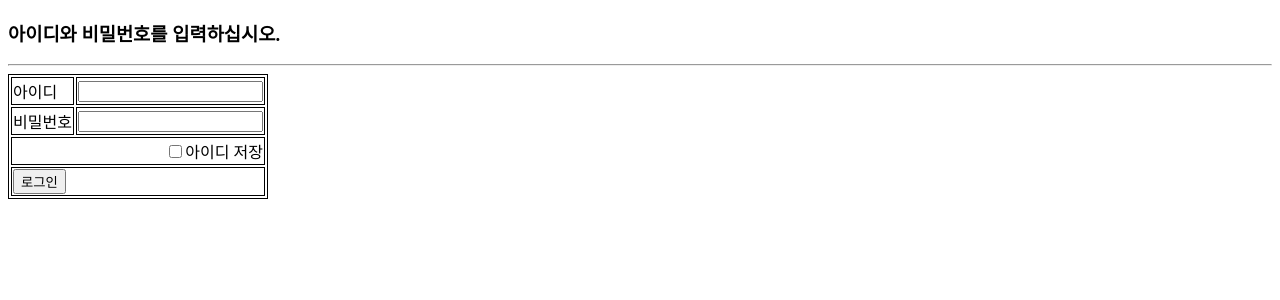
Repository: Gabintree/JDBC2019
Page: http://localhost/Oracle_20190522/chap10_login.jsp
These files come from the project's save history. The page is drawn as it stood at one moment and after the next save; the edit follows.
The browser window is 1280 px wide. The pictures show the whole page.
The page is served by Tomcat 9.

Above is the page before, as saved 2019-05-23 05:34:23.

After the next save:
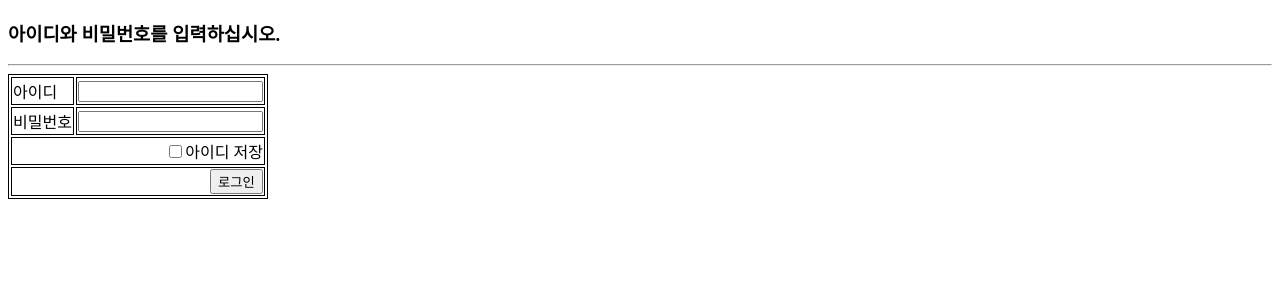
Saved 8 s later.
--- a/Oracle_20190522/WebContent/chap10_login.jsp
+++ b/Oracle_20190522/WebContent/chap10_login.jsp
@@ -29,7 +29,7 @@
 		<td colspan = "2" style = 'text-align : right'><input type="checkbox" value ="아이디 저장">아이디 저장</td>
 		</tr>
 		<tr>
-		<td colspan = "2"><input type="submit" value="로그인"></td>
+		<td colspan = "2" style = 'text-align : right'><input type="submit" value="로그인"></td>
 		</tr>
 
 
